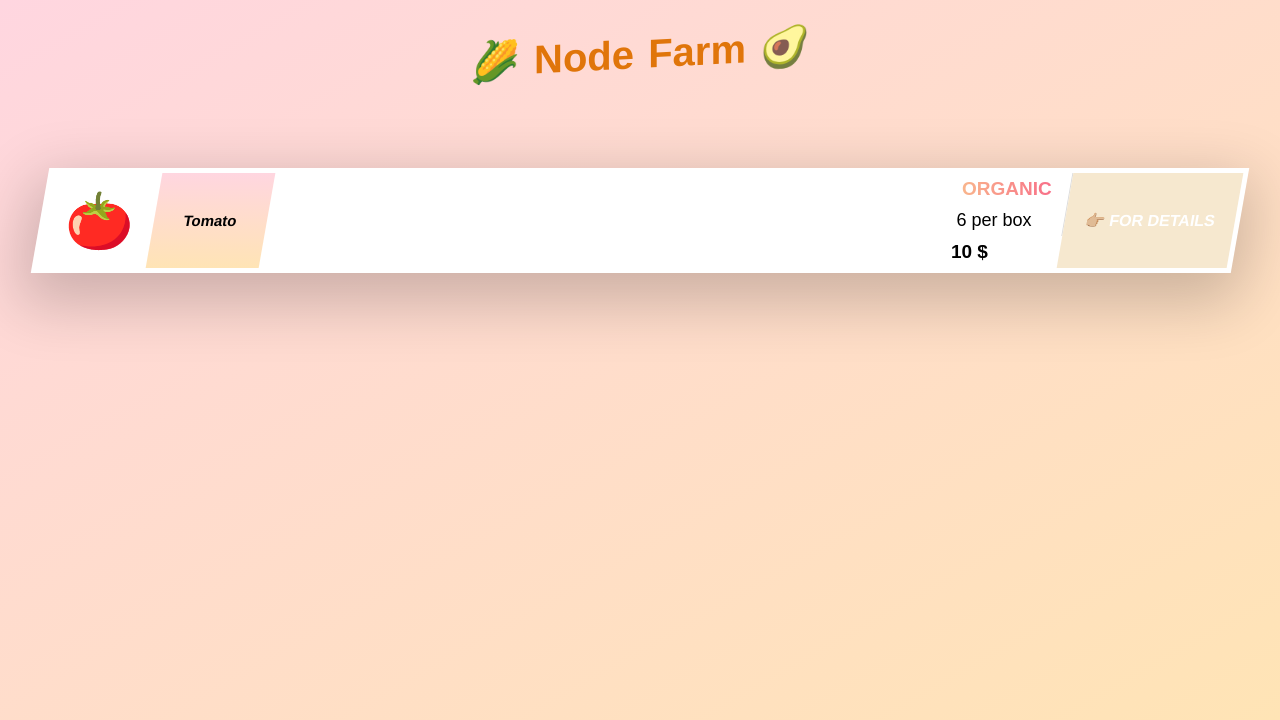
Repository: Kubraaygun/NodeFarm_Backend
Page: templates/overview.html
The author's editor kept a copy of each file at every save. The page is drawn from the files as they stood at one save, then again after the next save.
The browser window is 1280 px wide. The pictures show the whole page.
The pointer rests on the first visible `.card__link`.

Above is the page before, as saved 2025-09-02 21:25:44.

### templates/overview.html
<!DOCTYPE html>
<html lang="en">
  <head>
    <meta charset="UTF-8" />
    <meta name="viewport" content="width=device-width, initial-scale=1.0" />
    <title>NODE FARM</title>
    <style>
      *,
      *::before,
      *::after {
        margin: 0;
        padding: 0;
        box-sizing: inherit;
      }
      html {
        font-size: 10px;
        box-sizing: border-box;
      }
      body {
        padding: 20px 40px 10px;
        background: linear-gradient(to bottom right, #ffd6e0, #ffe4b5);
        min-height: 100vh;
        font-family: sans-serif;
        line-height: 1.7;
      }
      h1 {
        font-size: 4rem;
        color: rgb(224, 117, 10);
        transform: skewY(-3deg);
        text-align: center;
        position: relative;
        word-spacing: 3px;
      }
      .container {
        width: 100%;
        margin: 0 auto;
      }
      .cards-container {
        margin-top: 8rem;
      }
      .card {
        background-color: white;
        box-shadow: 0 2rem 6rem 1rem rgba(0, 0, 0, 0.2);
        margin-bottom: 5rem;
        display: flex;
        transform: skewX(-10deg);
        padding: 0.5rem;
      }
      .card__emoji {
        font-size: 5.5rem;
        line-height: 1.2;
        padding: 1.5rem 6rem 1rem 2rem;
        transform: skewX(10deg);
        letter-spacing: -4rem;
      }
      .card__title-box {
        background: linear-gradient(to bottom, #ffd6e0, #ffe4b5);
        margin-right: auto;
        display: flex;
        align-items: center;
        padding: 0 3rem;
      }
      .card__details {
        display: block;
      }
      .card__detail-box {
        align-self: stretch;
        display: flex;
        align-items: center;
        border-right: 1px solid #ddd;
      }
      .card__detail-box:last-child {
        border: none;
      }
      .card__detail {
        font-weight: 400;
        font-size: 1.8rem;
        transform: skewX(10deg);
        padding: 0 1.75rem;
      }
      .card__detail--organic {
        font-weight: 900;
        text-transform: uppercase;
        font-size: 1.9rem;
        background: linear-gradient(to right, #f9c38d, #f86187);
        --webkit-background-clip: text;
        background-clip: text;
        color: transparent;
      }
      .card__detail--price {
        font-weight: 900;
        font-size: 1.9rem;
      }
      .not-organic {
        display: none;
      }
      .card__link:link,
      .card__link:visited {
        flex: 0 0 auto;
        background-color: #f8c979;
        color: white;
        font-size: 1.6rem;
        font-weight: 900;
        text-transform: uppercase;
        text-decoration: none;
        text-align: center;
        display: flex;
        align-items: center;
        justify-content: center;
        padding: 2rem;
        transition: 0.3s all;
      }
      .card__link:hover,
      .card__link:active {
        background-color: #f6e8cf;
      }
    </style>
  </head>
  <body>
    <div class="container">
      <h1>🌽 Node Farm 🥑</h1>

      <div class="cards-container">
        <!-- {%PRODUCT_CARDS%} -->
        <figure class="card">
          <div class="card__emoji">🍅</div>
          <div class="card__title-box">
            <h2 class="card__title">
              <!-- {%PRODUCTNAME%} -->
              Tomato
            </h2>
          </div>

          <div class="card__details">
            <div class="card__detail-box">
              <h6 class="card__detail card__detail--organic">Organic</h6>
            </div>

            <div class="card__detail-box">
              <h6 class="card__detail">
                <!-- {%QUANTITY%} per box  -->
                6 per box
              </h6>
            </div>

            <div class="card__detail-box">
              <h6 class="card__detail card__detail--price">
                <!-- {%PRICE%} -->
                10 $
              </h6>
            </div>
          </div>

          <a href="/product?id={%ID%}" class="card__link">
            <span> 👉🏼 For Details </span>
          </a>
        </figure>
      </div>
    </div>
  </body>
</html>

After the next save:
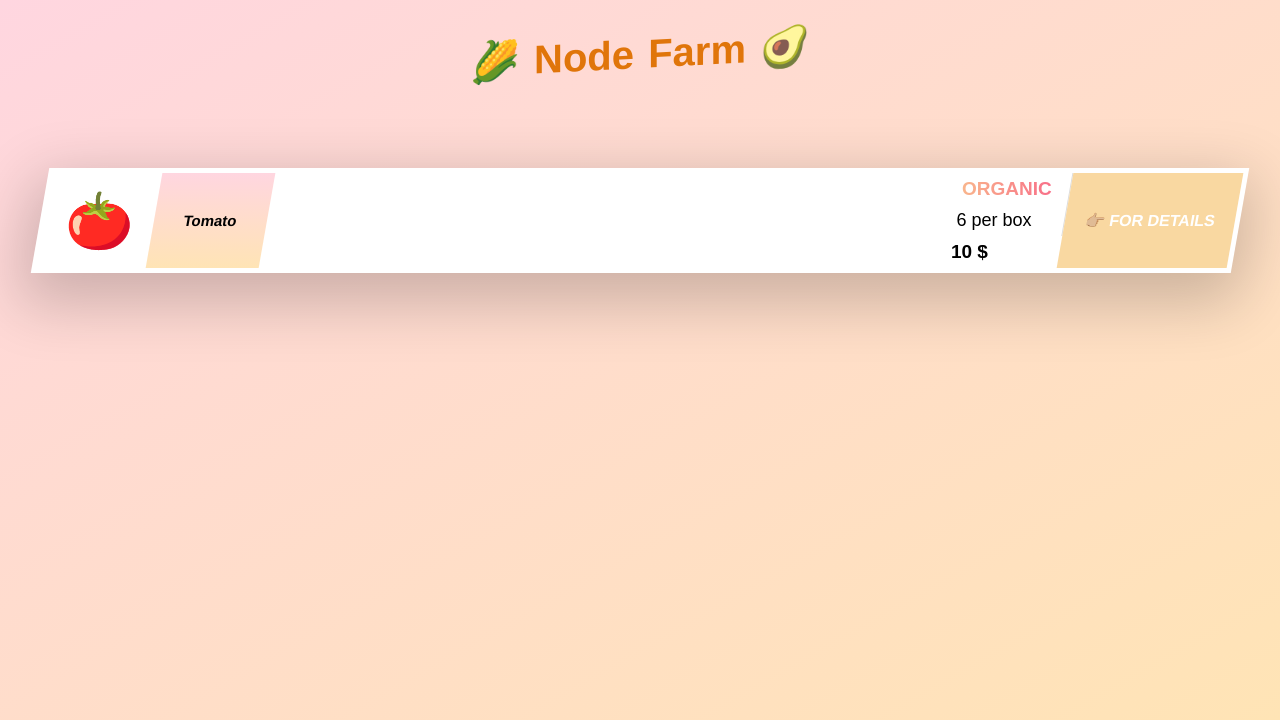
Saved 6 s later.
--- a/templates/overview.html
+++ b/templates/overview.html
@@ -112,7 +112,7 @@
       }
       .card__link:hover,
       .card__link:active {
-        background-color: #f6e8cf;
+        background-color: #f9d8a1;
       }
     </style>
   </head>
